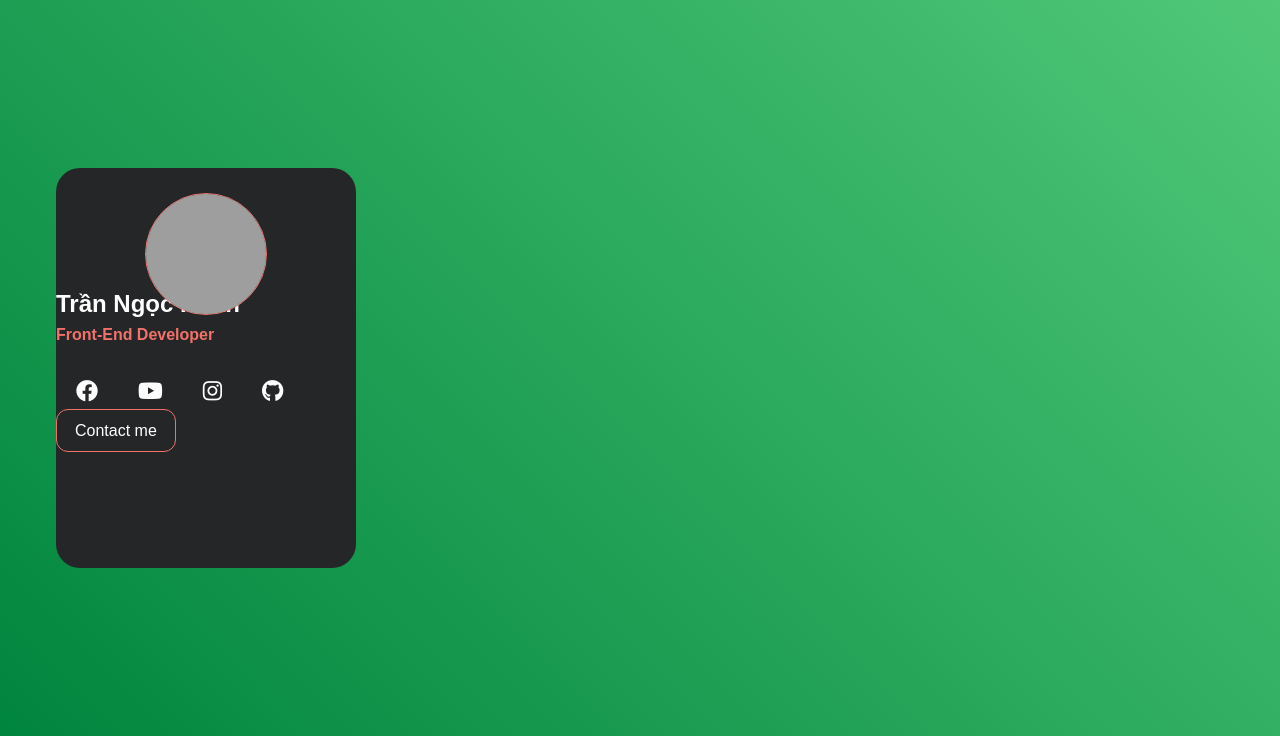
Repository: HoanTiny/30projects-30day
Page: Day 2/index.html
The author's editor kept a copy of each file at every save. The page is drawn from the files as they stood at one save, then again after the next save.
The browser window is 1280 px wide. The pictures show the whole page.
Pictures or frames that could not be fetched are drawn as grey boxes. Some web libraries are served in a nearby version.

Above is the page before, as saved 2021-11-30 21:35:26.

### Day 2/index.html
<!DOCTYPE html>
<html lang="en">
    <head>
        <meta charset="UTF-8" />
        <meta http-equiv="X-UA-Compatible" content="IE=edge" />
        <meta name="viewport" content="width=device-width, initial-scale=1.0" />
        <title>Day 2</title>
        <link
            rel="stylesheet"
            href="https://use.fontawesome.com/releases/v5.13.0/css/all.css"
            integrity="sha384-Bfad6CLCknfcloXFOyFnlgtENryhrpZCe29RTifKEixXQZ38WheV+i/6YWSzkz3V"
            crossorigin="anonymous"
        />
        <link rel="stylesheet" href="./style.css">
    </head>
    <body>
        <div class="container">
            <ul class="card-list">
                <li class="card-item">
                    <div class="card-item-img">
                        <img  src="https://scontent.fhan3-1.fna.fbcdn.net/v/t1.6435-9/157852677_1639854009539301_6816323171281456412_n.jpg?_nc_cat=102&ccb=1-5&_nc_sid=09cbfe&_nc_ohc=XVa0LNTU2EsAX_R0DIB&_nc_ht=scontent.fhan3-1.fna&oh=e10dbaffbb6516a088232d98e0eb552f&oe=61CB24BE"></img>
                    </div>
                    <p class="card-item-name">Trần Ngọc Hoàn</p>
                    <p class="card-item-duty">Front-End Developer</p>
                    <div class="social-media-list">
                        <a href="https://www.facebook.com/hoandz93/" class="social-media-item"><i class="fab fa-facebook facebook-icon"></i></a>
                        <a href="https://www.youtube.com/watch?v=BBxEgnH-tQU" class="social-media-item"><i class="fab fa-youtube"></i></a>
                        <a href="https://www.instagram.com/tran.ngochoan24/" class="social-media-item"><i class="fab fa-instagram"></i></a>
                        <a href="https://github.com/HoanTiny" class="social-media-item"><i class="fab fa-github"></i></a>
                    </div>
                    <a href="mailto: thedevil0903@gmail.com" class="card-item-contact">Contact me</a>
                </li>
            </ul>
        </div>
    </body>
</html>

### Day 2/style.css
* {
    font-family: "Poppins", sans-serif;
}

body {
    background: linear-gradient(45deg, #00853e, #50c878);
    display: flex;
    align-items: center;
    justify-content: center;
    height: 100vh;
}

a {
    text-decoration: none;
}

.container {
    display: flex;
    width: 100%;
    padding: 12px 48px;
}

.card-list {
    padding-left: 0;
    display: flex;
}

.card-item {
    width: 300px;
    height: 400px;
    background-color: #242628;
    margin: 0 auto;
    border-radius: 24px;
    overflow: hidden;
}

.card-item-img {
    width: 120px;
    height: 120px;
    overflow: hidden;
    transition: 0.25s;
    margin: 0 auto;
    transform: translateY(25px);
    border-radius: 50%;
    border: 1px solid #f2726a;
}

img {
    object-fit: cover;
    object-position: center;
    width: 100%;
    height: 100%;
}

.card-item-img:hover {
    width: 100%;
    height: 100%;
    border-radius: unset;
    border: unset;
    transform: unset;
}
.card-item-name {
    color: #fff;
    margin-top: 48px;
    margin-bottom: 0;
    font-size: 24px;
    font-weight: bold;
    margin: 0 auto;
}

.card-item-duty {
    color: #f2726a;
    font-weight: bold;
    margin-top: 8px;
    font-size: 16px;
}

.social-media-list {
    display: flex;
}

.social-media-item i {
    font-size: 22px;
    color: #fff;
    margin: 20px;
}

.card-item-contact {
    color: #fff;
    border: 1px solid #f2726a;
    padding: 12px 18px;
    border-radius: 12px;
}

After the next save:
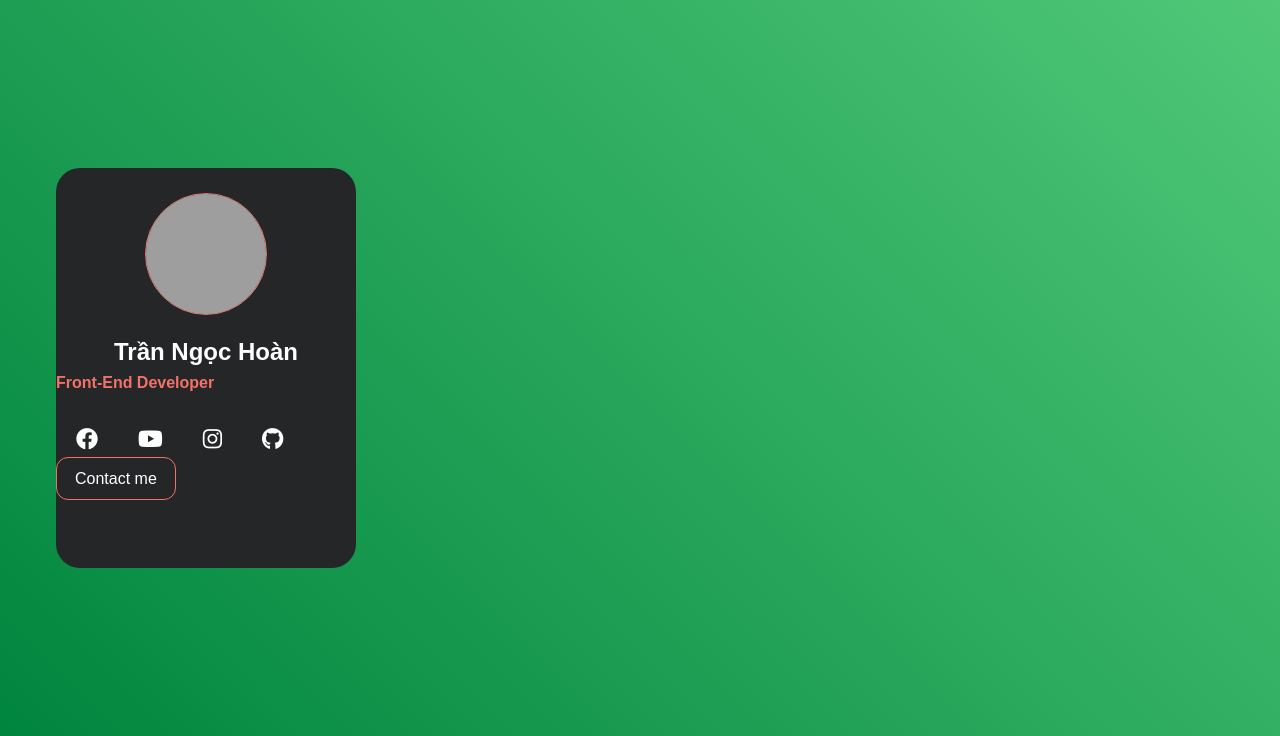
Saved 10 s later.
--- a/Day 2/style.css
+++ b/Day 2/style.css
@@ -65,7 +65,7 @@ img {
     margin-bottom: 0;
     font-size: 24px;
     font-weight: bold;
-    margin: 0 auto;
+    text-align: center;
 }
 
 .card-item-duty {
